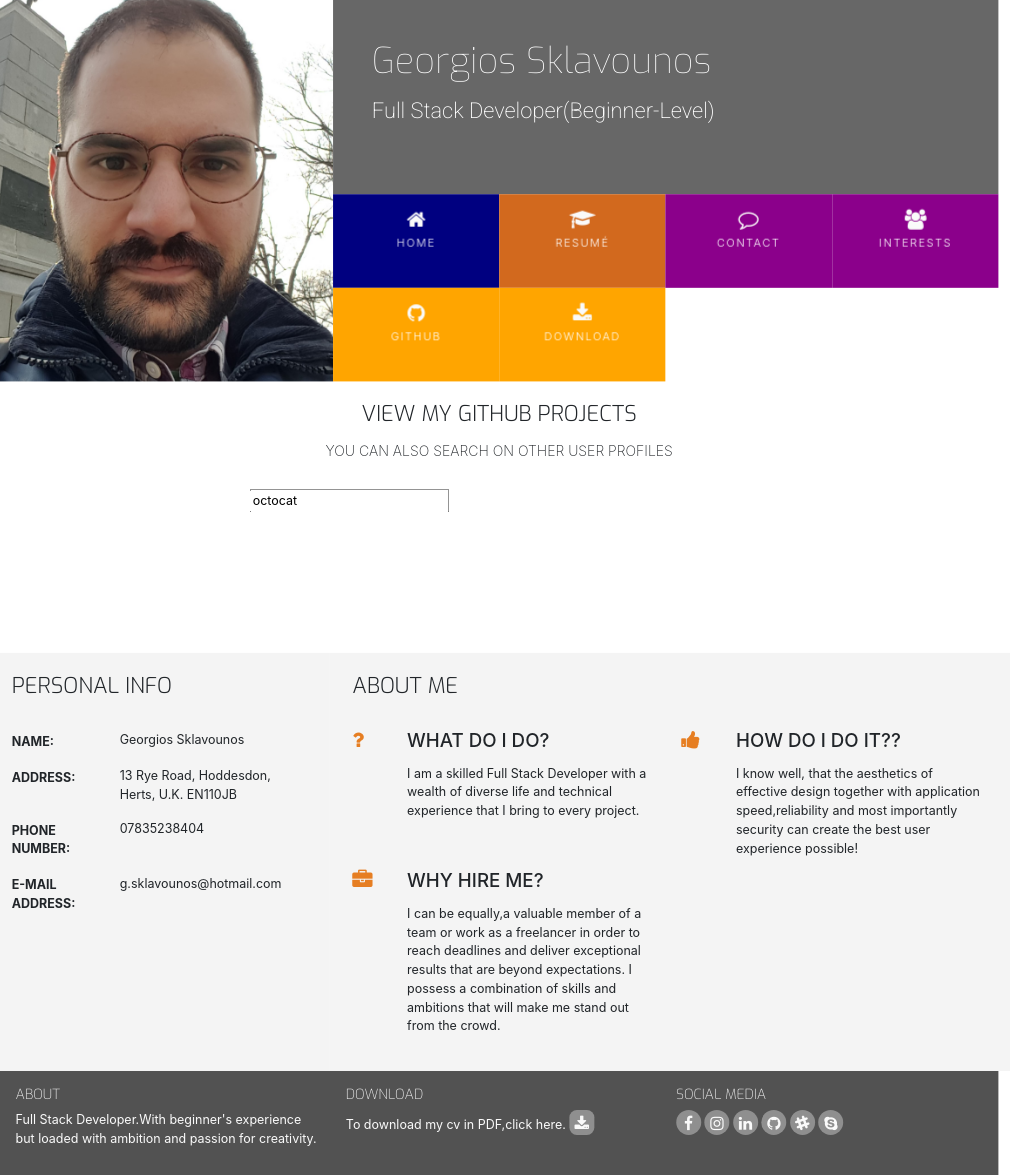
Repository: GeorgiosSklav/MyResume
Page: github.html
The author's editor kept a record of every edit. The page is drawn from the files as they stood at one moment, then again after the next edit.
The browser window is 1280 px wide. The page is 1295 px wide, so the pictures cover 1295 px, including what lies to the right of the window. The pictures show the whole page, at 78% of full size.

Above is the page before.

### github.html
<!DOCTYPE html>
<html lang="en">

<head>
    <meta charset="UTF-8">
    <meta name="viewport" content="width=device-width, initial-scale=1.0">
    <meta http-equiv="X-UA-Compatible" content="ie=edge">
    <link rel="stylesheet" href="https://stackpath.bootstrapcdn.com/bootstrap/4.3.1/css/bootstrap.min.css" type="text/css" />
    <link rel="stylesheet" href="https://stackpath.bootstrapcdn.com/font-awesome/4.7.0/css/font-awesome.min.css" type="text/css" />
    <link rel="stylesheet" href="assets/css/style.css" type="text/css" />
    <link rel="stylesheet" href="https://cdnjs.cloudflare.com/ajax/libs/hover.css/2.3.1/css/hover-min.css" type="text/css" />
    <title>Georgios Sklavounos resume</title>
</head>

<body>
    <header>
        <div class="row no-gutters">
            <a href="index.html" class="col-md-4 logo">

            </a>
            <div class="col-md-8">
                <div class="row no-gutters bg-color-name-title">
                    <div class="col heading">
                        <h1 class="name">Georgios Sklavounos</h1>
                        <h2 class="title">Full Stack Developer<span>(Beginner-Level)</span></h2>
                    </div>
                </div>
                <div class="row no-gutters">
                    <div class="col">
                        <ul id="nav" class="list-inline menucontainer">
                            <li class="col-6 col-sm-3 color-home list-inline-item menu-item">
                                <a href="index.html" class="hvr-sweep-to-right"><i class="fa fa-home" aria-hidden="true"></i><span>Home</span></a>
                            </li>
                            <li class="col-6 col-sm-3 color-resume list-inline-item menu-item">
                                <a href="resume.html" class="hvr-sweep-to-left"><i class="fa fa-graduation-cap" aria-hidden="true"></i><span>Resumé</span></a>
                            </li>
                            <li class="col-6 col-sm-3 color-contact list-inline-item menu-item">
                                <a href="contact.html" class="hvr-sweep-to-right"><i class="fa fa-comment-o" aria-hidden="true"></i><span>Contact</span></a>
                            </li>
                            <li class="col-6 col-sm-3 color-contact list-inline-item menu-item">
                                <a href="interests.html" class="hvr-sweep-to-left"><i class="fa fa-users" aria-hidden="true"></i><span>Interests</span></a>
                            </li>
                            <li class="col-6 col-sm-3 color-download list-inline-item menu-item">
                                <a href="github.html" class="hvr-sweep-to-right"><i class="fa fa-github" aria-hidden="true"></i><span>GitHub</span></a>
                            </li>
                            <li class="col-6 col-sm-3 color-download list-inline-item menu-item">
                                <a href="assets/cv/cv2019.pdf" target="_blank" class="hvr-sweep-to-left"><i class="fa fa-download" aria-hidden="true"></i><span>Download</span></a>
                            </li>
                        </ul>
                    </div>
                </div>
            </div>
        </div>

    </header>
      <section class="container-fluid">
        <div class="row bg-color-contact">
            <div class="col">
                <h3 class="contact-heading uppercase text-center">View My GitHub Projects</h3>
                <h5 class="uppercase text-center">You can also search on other user profiles</h5>

                <div class="center-form">
                    <input type="text" id="gh-username" value="octocat" oninput="fetchGitHubInformation()" />
                    <div id="gh-user-data"></div>
                    <div id="gh-repo-data"></div>

                </div>

            </div>
        </div>
    </section>

    <div class="container-fluid">
        <div class="row">
            <div class="col-md-4 bg-color-personal-info section-column">
                <div class="row">
                    <div class="col-12">
                        <h3 class="section-heading uppercase">Personal Info</h3>
                    </div>
                </div>
                <div class="personal-info-item">
                    <div class="key">
                        <p class="uppercase">Name:</p>
                    </div>
                    <div class="value">
                        <p>Georgios Sklavounos</p>
                    </div>
                </div>
                <div class="personal-info-item">
                    <div class="key">
                        <p class="uppercase">Address:</p>
                    </div>
                    <div class="value">
                        <p>13 Rye Road, Hoddesdon, Herts, U.K. EN110JB</p>
                    </div>
                </div>
                <div class="personal-info-item">
                    <div class="key">
                        <p class="uppercase">Phone Number:</p>
                    </div>
                    <div class="value">
                        <p>07835238404</p>
                    </div>
                </div>
                <div class="personal-info-item">
                    <div class="key">
                        <p class="uppercase">E-mail address:</p>
                    </div>
                    <div class="value">
                        <p>g.sklavounos@hotmail.com</p>
                    </div>
                </div>
            </div>
            <div class="col-md-8 bg-color-three-reasons section-column">
                <div class="row">
                    <div class="col">
                        <h3 class="section-heading uppercase">About Me</h3>
                    </div>
                </div>
                <div class="row">
                    <div class="col-10 offset-1 offset-sm-0 col-sm-4 col-md-6">
                        <div class="row">
                            <div class="col-2">
                                <i class="three-reasons-icon fa fa-question" aria-hidden="true"></i>
                            </div>
                            <div class="col-10">
                                <h4 class="three-reason-heading uppercase">What do I do?</h4>
                                <p>I am a skilled Full Stack Developer with a wealth of diverse life and technical experience that I bring to every project.</p>
                            </div>
                        </div>
                    </div>
                    <div class="col-10 offset-1 offset-sm-0 col-sm-4 col-md-6">
                        <div class="row">
                            <div class="col-2">
                                <i class="three-reasons-icon fa fa-thumbs-up" aria-hidden="true"></i>
                            </div>
                            <div class="col-10">
                                <h4 class="three-reason-heading uppercase">How do I do it??</h4>
                                <p>I know well, that the aesthetics of effective design together with application speed,reliability and most importantly security can create the best user experience possible!</p>
                            </div>
                        </div>
                    </div>
                    <div class="col-10 offset-1 offset-sm-0 col-sm-4 col-md-6">
                        <div class="row">
                            <div class="col-2">
                                <i class="three-reasons-icon fa fa-briefcase" aria-hidden="true"></i>
                            </div>
                            <div class="col-10">
                                <h4 class="three-reason-heading uppercase">Why hire me?</h4>
                                <p>I can be equally,a valuable member of a team or work as a freelancer in order to reach deadlines and deliver exceptional results that are beyond expectations. I possess a combination of skills and ambitions that will make
                                    me stand out from the crowd.</p>
                            </div>
                        </div>
                    </div>
                </div>
            </div>
        </div>
    </div>
    <footer class="container-fluid">
        <div class="row" id="footer-details">
            <div class="col-sm-4">
                <h5 class="uppercase general-sub">About</h5>
                <p class="inline-block">
                    Full Stack Developer.With beginner's experience but loaded with ambition and passion for creativity.
                </p>
            </div>
            <div class="col-sm-4">
                <h5 class="uppercase general-sub">Download</h5>
                <p class="inline-block">
                    To download my cv in PDF,click here.
                    <a href="assets/cv/cv2019.pdf" target="_blank" class="cv-pdf">
                        <i class="fa fa-download" aria-hidden="true"></i>
                        <span class="sr-only">Download icon.</span>
                    </a>
                </p>
            </div>
            <div class="col-sm-4">
                <h5 class="uppercase general-sub">Social Media</h5>
                <ul class="list-inline social-links">
                    <li class="list-inline-item">
                        <a target="_blank" href="http://facebook.com/George.Sklavounos">
                            <i class="fa fa-facebook"></i>
                            <span class="sr-only">Facebook</span>
                        </a>
                    </li>
                    <li class="list-inline-item">
                        <a target="_blank" href="https://www.instagram.com/accounts/login/?next=%2Fgeorge.sklav%2F&source=follow">
                            <i class="fa fa-instagram"></i>
                            <span class="sr-only">Instagram</span>
                        </a>
                    </li>
                    <li class="list-inline-item">
                        <a target="_blank" href="https://www.linkedin.com/in/george-sklavounos/">
                            <i class="fa fa-linkedin"></i>
                            <span class="sr-only">Linked-In</span>
                        </a>
                    </li>
                    <li class="list-inline-item">
                        <a target="_blank" href="https://github.com/GeorgiosSklav">
                            <i class="fa fa-github"></i>
                            <span class="sr-only">GitHub</span>
                        </a>
                    </li>
                    <li class="list-inline-item">
                        <a target="_blank" href="https://app.slack.com/client/T0L30B202/DM2THR46Q/user_profile/ULRV111M0">
                            <i class="fa fa-slack"></i>
                            <span class="sr-only">Slack</span>
                        </a>
                    </li>
                    <li class="list-inline-item">
                        <a target="_blank" href="https://join.skype.com/invite/bTDV2cszpnzZ">
                            <i class="fa fa-skype"></i>
                            <span class="sr-only">Skype</span>
                        </a>
                    </li>
                </ul>
            </div>
        </div>
    </footer>
    <script>
        var APIkey = "AIzaSyA-ejaDjnJzEnBd-7lc8mtdZNx-r6aLuyM";
    </script>
</body>

</html>

### assets/css/style.css
@import url('https://fonts.googleapis.com/css?family=Roboto:100,200,300,400,500,600,700|Exo:100,200,300,400,500,600,700');



/*-------------------------colours*/

.bg-color-name-title {
    background-color: #676767;
}

.color-home {
    background-color: #000080;
}
.color-interests {
    background-color: #000080;
}
.color-github {
    background-color: #d2691e;
}

.color-resume {
    background-color: #d2691e;
}

.color-contact {
    background-color: #8b008b;
}

.color-download {
    background-color: #ffa500;
}

.bg-color-three-reasons {
    background-color: #f4f4f4;
}

.bg-color-personal-info {
    background-color: #f4f4f4;
}

.bg-color-work-history {
    background-color: #9b59b6;
}

.bg-color-contact {
    background-color: #fff;
}


/*---------------------------------Paddings,texts,etc*/

h1,
h2,
h3,
h4 {
    margin: 0;
}
h5 {
    text-transform: capitalize;
    font-size: large;
    font-weight: 200;
}

.uppercase {
    text-transform: uppercase;
}

.general-sub {
    font-family: "Exo", sans-serif;
    color: #fafafa;
}

.inline-block {
    display: inline-block;
}

.row-table {
    display: table;
}

.section-column {
    display: table-cell;
    padding: 0 30px 30px;
    float: none;
}

.history-heading,
.section-heading {
    font-family: "Exo", sans-serif;
    font-weight: 300;
    margin-top: 25px;
    margin-bottom: 40px;
}

/*----------------------Container-fluid*/

.container-fluid {
    width: 100%;
    padding: 0;
    padding-bottom: 0;
    margin-right: auto;
    margin-left: auto;
}

/*----------------------heading*/

header {
    margin: 0;
}

.heading {
    margin-left: 50px;
}

.logo {
    background: url("../images/pic2.jpg");
    background-position: center;
    background-repeat: no-repeat;
    background-size: cover;
    min-height: 360px;
    transition: all 0.5s ease-in-out;
    -moz-transition: all 0.5s ease-in-out;
    -webkit-transition: all 0.5s ease-in-out;

}

.name {
    font-family: "Exo", sans-serif;
    font-weight: 100;
    font-size: 46px;
    margin-top: 50px;
    color: #fff;
}

.title {
    font-family: "Roboto", sans-serif;
    font-weight: 200;
    font-size: 28px;
    margin-top: 20px;
    margin-bottom: 90px;
    color: #fff;
}

.list-inline-item:not(:last-child) {
    margin: 0;
}

.menucontainer {
    font-size: 0;
}

#nav {
    margin: 0;
}

#nav li {
    font-size: 14px;
    padding: 0;
}

.menu-item {
    height: 120px;
    text-align: center;
    padding: 0;
}

.menu-item a {
    width: 100%;
    text-decoration: none;
    color: #fff;
    height: 120px;
}

.menu-item a i {
    padding-top: 20px;
    display: block;
    color: #fafafa;
    font-size: 26px;
}

.menu-item span {
    display: block;
    width: 100%;
    padding-top: 5px;
    text-align: center;
    text-transform: uppercase;
    font-size: 14px;
    font-weight: 300;
    letter-spacing: 2px;
}

/*--------------------------hover style*/

.hvr-sweep-to-right:before {
    background: rgb(0, 0, 0);
    height: 120px;
}

.hvr-sweep-to-left:before {
    background: rgba(0, 0, 0, 0.2);
    height: 120px;
}

/*---------------------------------footer*/

footer {
    background-color: #525252;
    color: #fafafa;
    min-height: 120px;
    margin: 0;
}

.social-links i {
    width: 32px;
    height: 32px;
    padding: 12px 0;
    border-radius: 50%;
    font-size: 20px;
    line-height: 10px;
    text-align: center;
    color: #fafafa;
    background: #8f8f8f;
    transition: all 0.35s ease-in-out;
    -moz-transition: all 0.35s ease-in-out;
    -o-transition: all 0.35s ease-in-out;
    -webkit-transition: all 0.35s ease-in-out;

}

.cv-pdf i {
    /*font-size: 19px;
    text-align: center;
    color: #fafafa;
    padding-left: 5px;
    transition: all 0.35s ease-in-out;
    -moz-transition: all 0.35s ease-in-out;
    -o-transition: all 0.35s ease-in-out;
    -webkit-transition: all 0.35s ease-in-out;*/
    width: 32px;
    height: 32px;
    padding: 12px 0;
    border-radius: 30%;
    font-size: 20px;
    line-height: 10px;
    text-align: center;
    color: #fafafa;
    background: #8f8f8f;
    transition: all 0.35s ease-in-out;
    -moz-transition: all 0.35s ease-in-out;
    -o-transition: all 0.35s ease-in-out;
    -webkit-transition: all 0.35s ease-in-out;


}

.cv-pdf i:hover {
    color: #e84610;
}

.social-links i:hover {
    color: #8f8f8f;
    background: #e84610;
}

#footer-details {
    padding: 20px;
}

/*----------------------three-reasons*/

.three-reasons-icon {
    font-size: 26px;
    color: #e67e22;
}

.three-reason-heading {
    margin-bottom: 15px;
}

/*----------------------personal-info*/

.personal-info-item {
    margin-bottom: 20px;
    display: block;
    clear: both;
}

.personal-info-item .key,
.personal-info-item .value {
    padding-right: 8px;
    display: inline-block;
}

.personal-info-item .key p,
.personal-info-item .value p {
    margin: 0;
}

.personal-info-item .key {
    width: 30%;
    margin-right: 21px;
    padding-top: 2px;
    vertical-align: top;
}

.personal-info-item .key p {
    font-weight: 700;
}

.personal-info-item .value {
    width: 60%;
    position: relative;
}

/*----------------------skills*/

.progress {
    position: relative;
    height: 25px;
    margin-bottom: 4px;
}

.progress-type {
    position: absolute;
    left: 0;
    font-weight: 400;
    padding: 3px 30px 3px 10px;
    color: #fafafa;
    background-color: rgba(25, 25, 25, 0.2);
}

.progress-section {
    margin: 35px 5px 30px 7px;
}

/*----------------------history-heading*/

.history-heading {
    color: #fafafa;
    margin-bottom: 50px;
}

.timeline-item {
    padding: 4em 3em 0em 2em;
    position: relative;
    color: #fafafa;
    border-left: solid 1px;
}

.timeline-item p {
    padding: 0;
    margin: 0;
}

.timeline-item:before {
    content: attr(data-dates);
    position: absolute;
    left: 2.5em;
    top: 3em;
    display: block;
    font-family: "Exo", sans-serif;
    font-weight: 500;
    font-size: 0.8em;
    padding: 0;
    margin: 0;
}

.timeline-item:after {
    width: 12px;
    height: 12px;
    display: block;
    top: 2.4em;
    position: absolute;
    left: -6px;
    border-radius: 50%;
    content: '';
    background-color: #fafafa;
}

.history-items {
    margin-bottom: 30px;
}

/*---------------------------------Contact-form*/

.contact-heading {
    font-family: "Exo", sans-serif;
    font-weight: 300;
    margin-top: 25px;
    margin-bottom: 20px;
}

.center-form {
    padding-top: 10px;
    margin: 0 auto;
    max-width: 70%;
}

button[type="submit"] {
    margin-bottom: 20px;
    margin-top: 13px;
    color: #fff;
    background-color: #1e90ff;
}

/*---------------------------------Media queries for PC*/

@media(min-width: 992px) {
    .center-form {
        padding-top: 30px;
        min-height: 240px;
        margin: 0 auto;
        max-width: 50%;
    }
}

After the next edit:
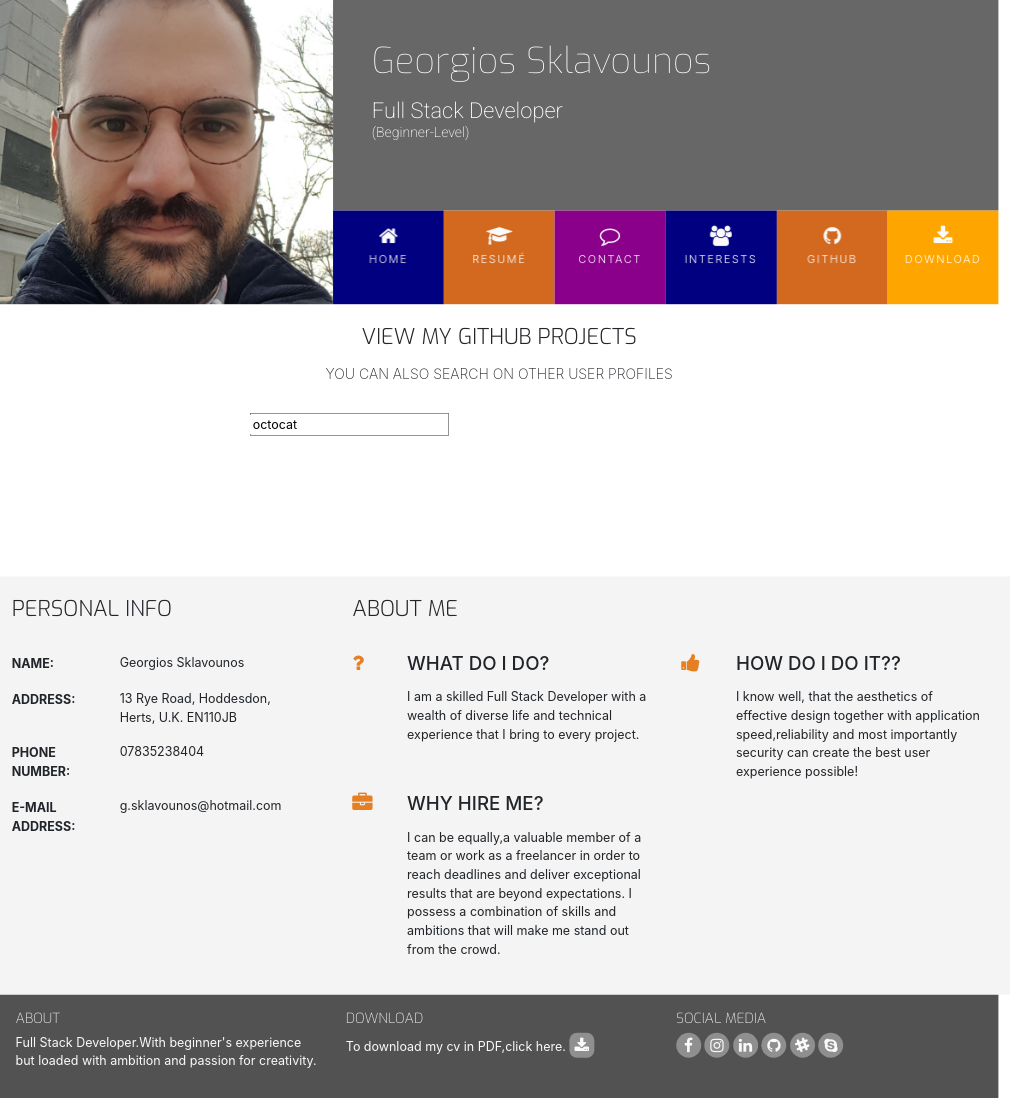
The edit:
--- a/github.html
+++ b/github.html
@@ -22,28 +22,28 @@
                 <div class="row no-gutters bg-color-name-title">
                     <div class="col heading">
                         <h1 class="name">Georgios Sklavounos</h1>
-                        <h2 class="title">Full Stack Developer<span>(Beginner-Level)</span></h2>
+                        <h2 class="title">Full Stack Developer<span><h5>(Beginner-Level)</h5></span></h2>
                     </div>
                 </div>
                 <div class="row no-gutters">
                     <div class="col">
                         <ul id="nav" class="list-inline menucontainer">
-                            <li class="col-6 col-sm-3 color-home list-inline-item menu-item">
+                            <li class="col-6 col-sm-2 color-home list-inline-item menu-item">
                                 <a href="index.html" class="hvr-sweep-to-right"><i class="fa fa-home" aria-hidden="true"></i><span>Home</span></a>
                             </li>
-                            <li class="col-6 col-sm-3 color-resume list-inline-item menu-item">
+                            <li class="col-6 col-sm-2 color-resume list-inline-item menu-item">
                                 <a href="resume.html" class="hvr-sweep-to-left"><i class="fa fa-graduation-cap" aria-hidden="true"></i><span>Resumé</span></a>
                             </li>
-                            <li class="col-6 col-sm-3 color-contact list-inline-item menu-item">
+                            <li class="col-6 col-sm-2 color-contact list-inline-item menu-item">
                                 <a href="contact.html" class="hvr-sweep-to-right"><i class="fa fa-comment-o" aria-hidden="true"></i><span>Contact</span></a>
                             </li>
-                            <li class="col-6 col-sm-3 color-contact list-inline-item menu-item">
+                            <li class="col-6 col-sm-2 color-interests list-inline-item menu-item">
                                 <a href="interests.html" class="hvr-sweep-to-left"><i class="fa fa-users" aria-hidden="true"></i><span>Interests</span></a>
                             </li>
-                            <li class="col-6 col-sm-3 color-download list-inline-item menu-item">
+                            <li class="col-6 col-sm-2 color-github list-inline-item menu-item">
                                 <a href="github.html" class="hvr-sweep-to-right"><i class="fa fa-github" aria-hidden="true"></i><span>GitHub</span></a>
                             </li>
-                            <li class="col-6 col-sm-3 color-download list-inline-item menu-item">
+                            <li class="col-6 col-sm-2 color-download list-inline-item menu-item">
                                 <a href="assets/cv/cv2019.pdf" target="_blank" class="hvr-sweep-to-left"><i class="fa fa-download" aria-hidden="true"></i><span>Download</span></a>
                             </li>
                         </ul>
